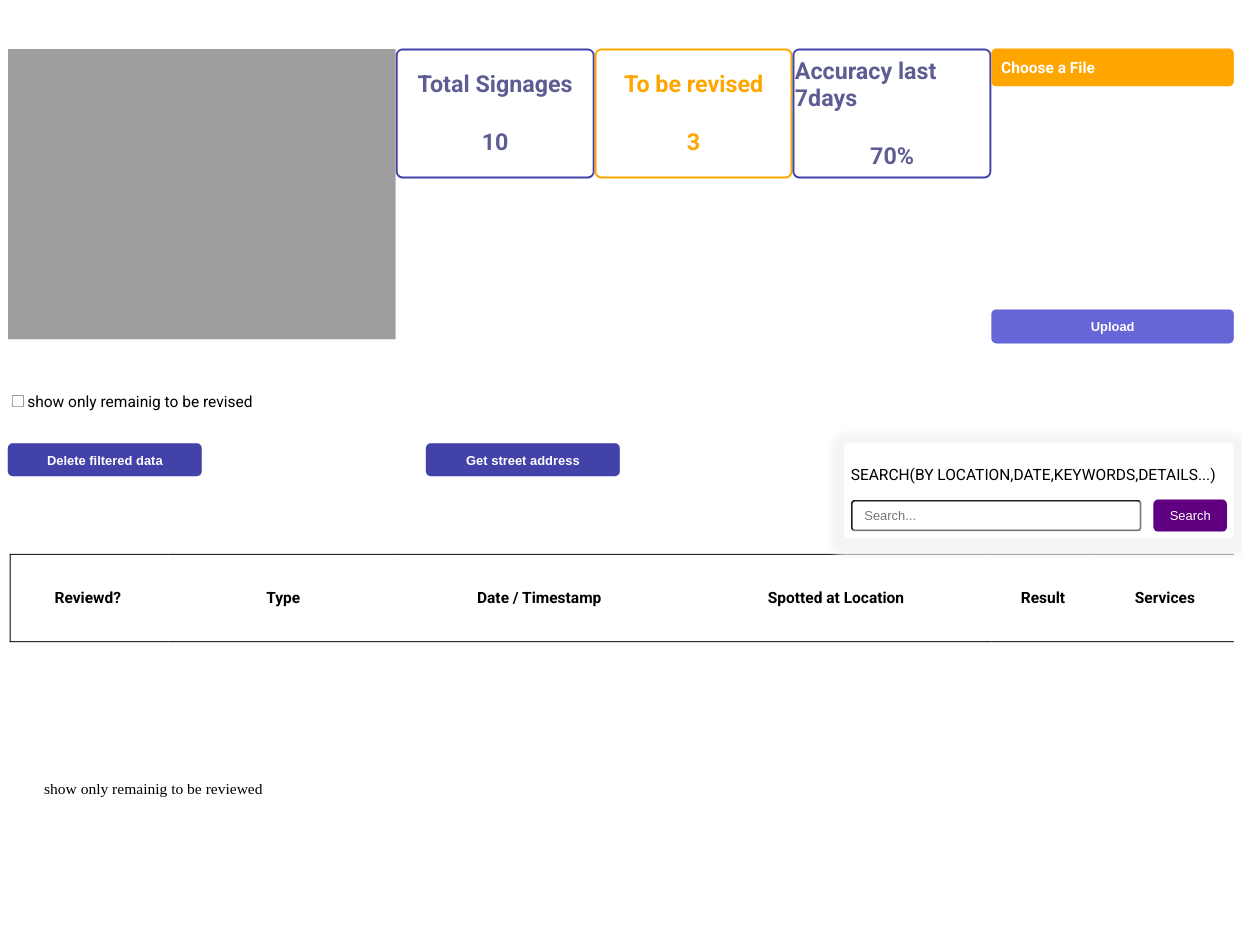
Repository: kalyani179/Kalyani.Builder
Page: /
These files come from the project's save history. The page is drawn as it stood at one moment and after a run of saves; the edit follows.
The browser window is 1280 px wide. The pictures show the whole page, at 97% of full size.
Pictures or frames that could not be fetched are drawn as grey boxes. The page's requests for data from a server got no answer. Some web fonts or font styles are not loaded; a fallback is used. The project was rebuilt for these pictures with package versions that can differ from the ones it lists, and the page was loaded fresh each time. No one was signed in, and anything a server would have sent is missing.

Above is the page before, as saved 2024-01-10 13:43:22.

After the next 2 saves:
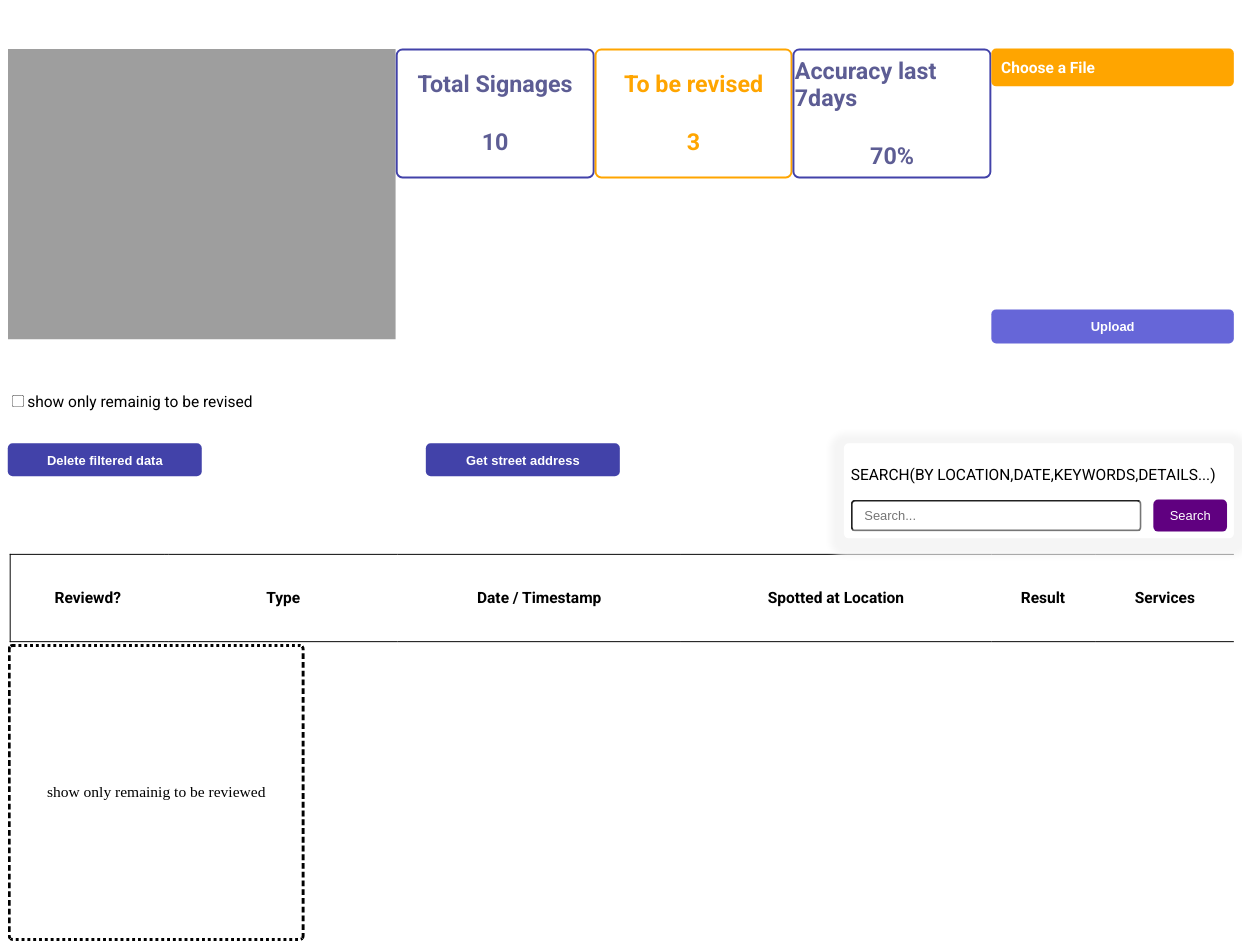
The 2 saves are shown as one change because they came seconds apart.
The last was saved 26 s later.
--- a/src/components/Home.css
+++ b/src/components/Home.css
@@ -225,6 +225,7 @@ input[type="file"]:focus + .custom-file-label {
 }
 
 .bottom-box{
+  border-style: dotted dashed;
   border:dotted 1px solid blueviolet;
   border-radius:5px;
   display: flex;
